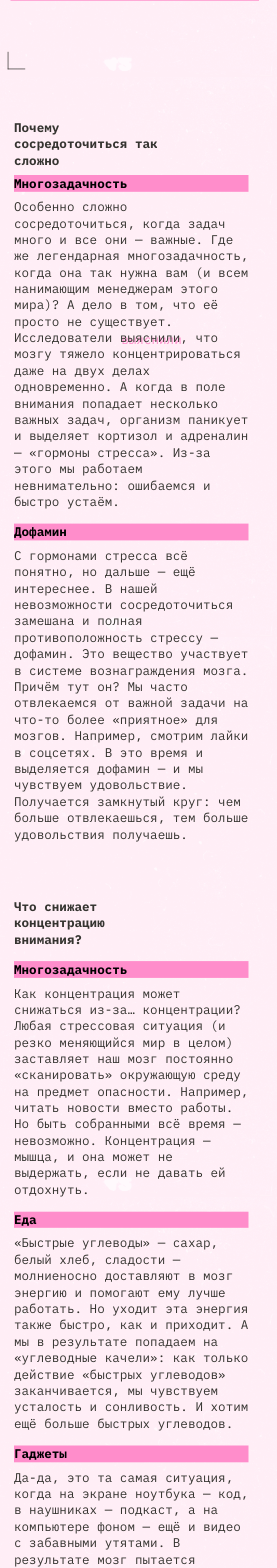
Repository: Hadoooouken/slozhno-sosredotochitsya
Page: index.html
An editor plug-in stored every save of this project. The page is shown before and after the next save, followed by the edit.
The browser window is 375 px wide. The page is 396 px wide, so the pictures cover 396 px, including what lies to the right of the window. The pictures show the part of the page from y = 690 to 2930 px (the page is 7861 px tall before and 7871 px after), at 70% of full size.
Backgrounds fixed to the window are drawn as part of the page.

Above is the page before, as saved 2024-01-24 21:31:57.

After the next save:
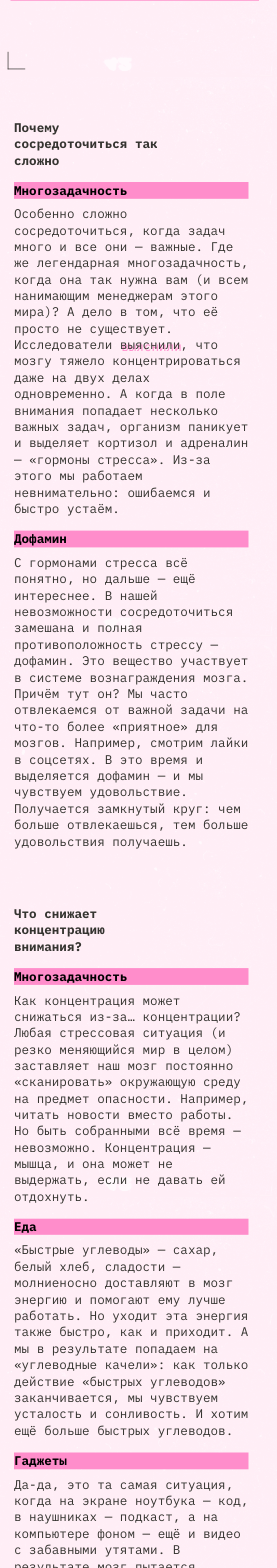
Saved 16 s later.
--- a/styles/style.css
+++ b/styles/style.css
@@ -393,6 +393,6 @@
       display: grid;
       grid-template-rows: auto;
       grid-template-columns: auto;
-      gap: 10px;}
-
-}
+      }
+
+}
